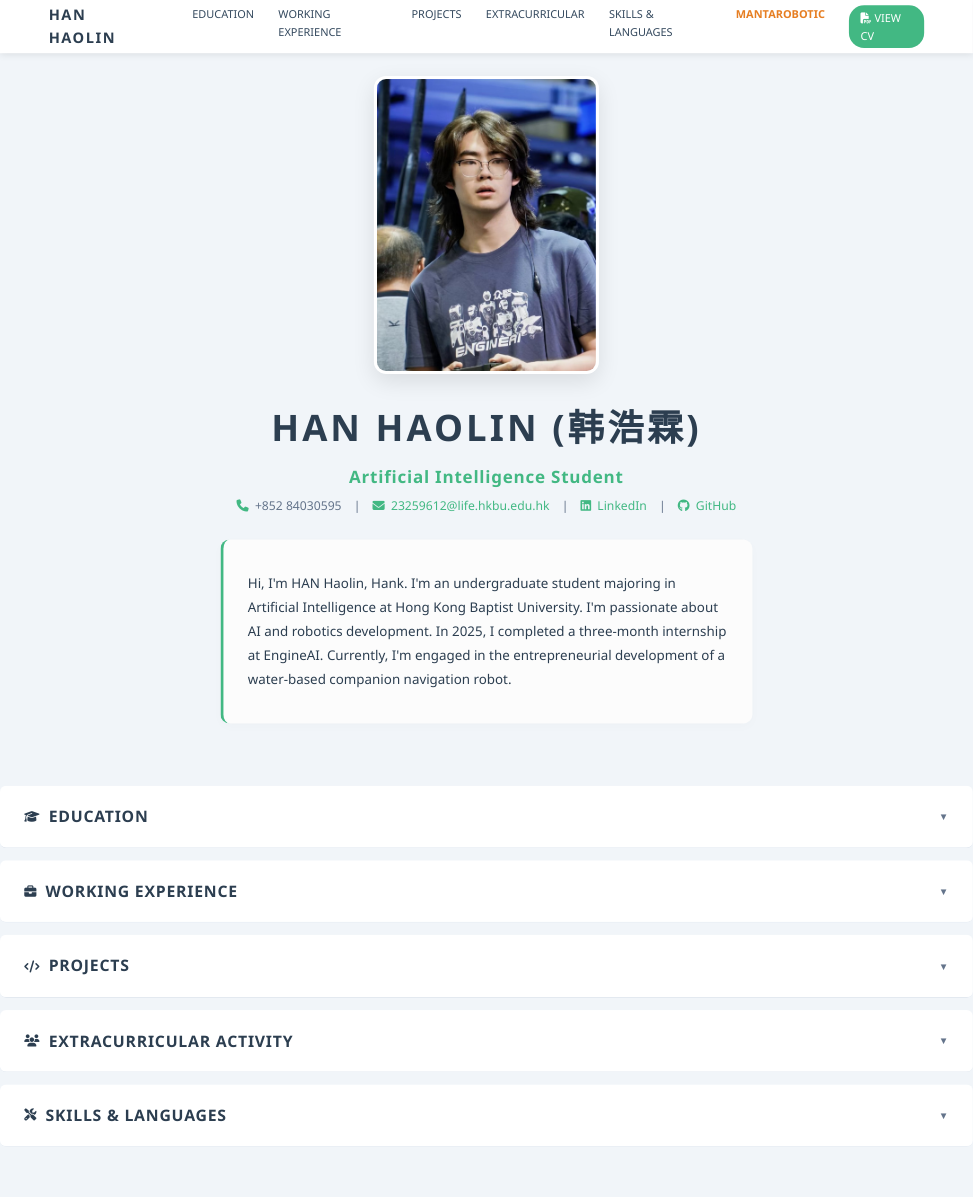
Repository: hhl2802149944-afk/hhl2802149944-afk.github.io
Page: /
The author's editor kept a copy of each file at every save. The page is drawn from the files as they stood at one save, then again after a run of saves.
The browser window is 1280 px wide. The pictures show the whole page, at 76% of full size.
The project was rebuilt for these pictures with package versions that can differ from the ones it lists, and the page was loaded fresh each time. Also part of the build but not shown: vite.config.js, src/components/ProjectCard.vue, src/views/MantaRoboticView.vue.

Above is the page before, as saved 2026-01-22 11:20:27.

After the next 2 saves:
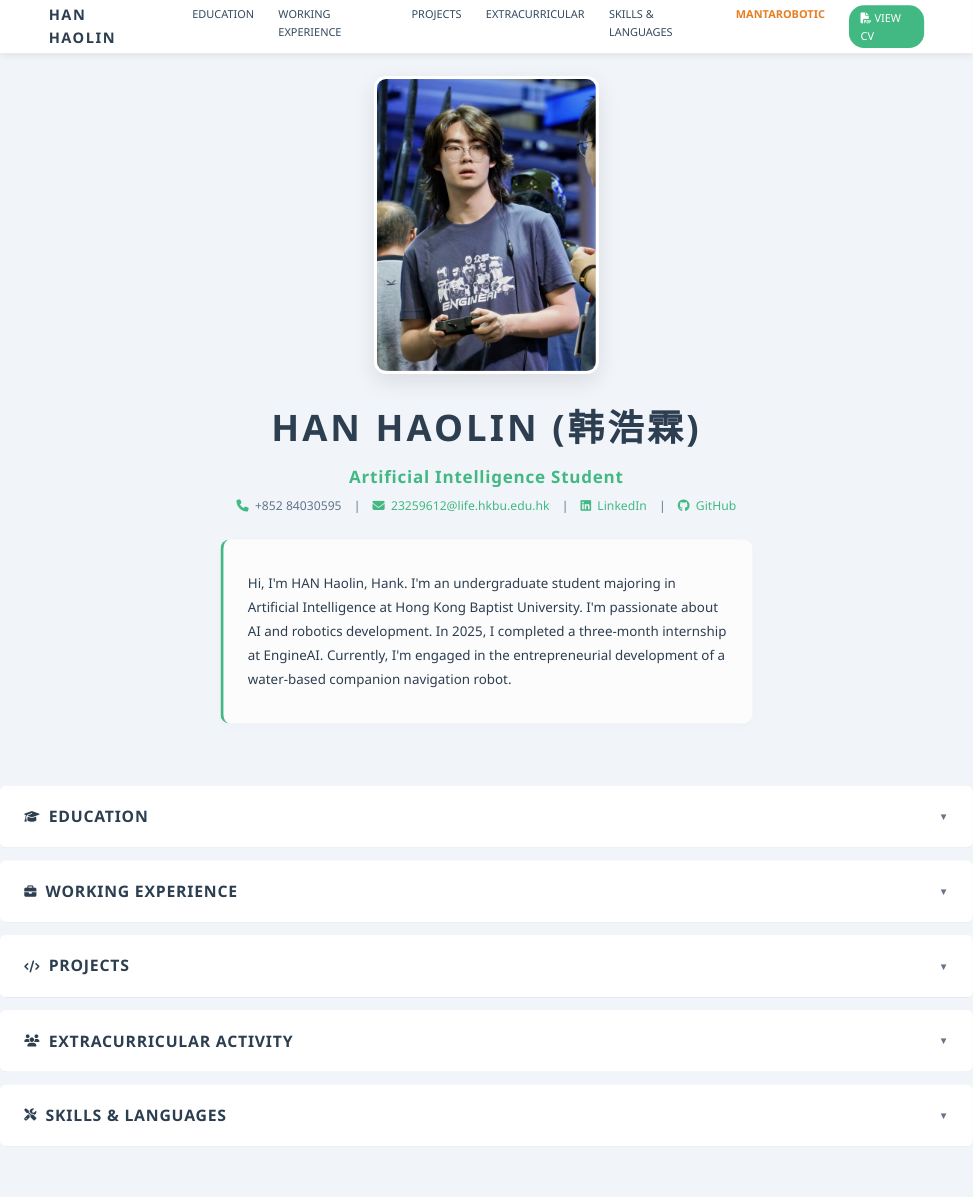
The 2 saves are shown as one change because they came seconds apart.
The last was saved 5 s later.
--- a/src/components/ResumeHeader.vue
+++ b/src/components/ResumeHeader.vue
@@ -104,8 +104,8 @@ h1 {
 }
 
 .profile-pic {
-  width: 120%;
-  height: 120%;
+  width: 100%;
+  height: 100%;
   object-fit: cover;
 }
 
